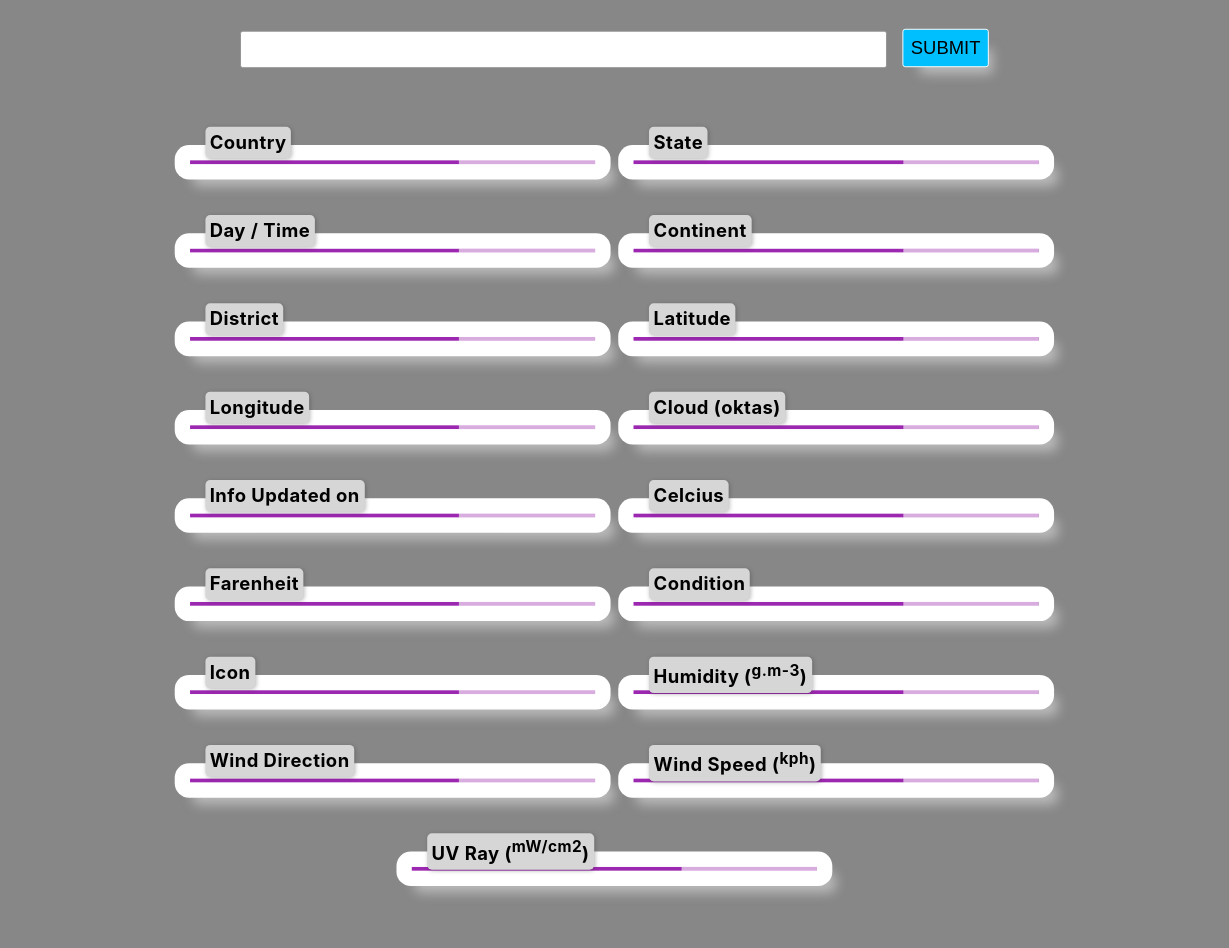
Repository: Imprasna/practising-API
Page: /
These files come from the project's save history. The page is drawn as it stood at one moment and after a run of saves; the edit follows.
The browser window is 1280 px wide. The pictures show the whole page, at 96% of full size.
The project was rebuilt for these pictures with package versions that can differ from the ones it lists, and the page was loaded fresh each time. Also part of the build but not shown: src/component/Country.js, src/component/Region.js, src/component/Time.js, src/component/Continent.js, src/component/District.js, src/component/Cloud.js, src/component/UpdatedWeather.js, src/component/Celcius.js and 9 more.

Above is the page before, as saved 2021-11-12 00:04:50.

### src/App.js
import './App.css';
import Get from './Get'

function App() {
  return (
    <div className="App">
      <Get />
    </div>
  );
}

export default App;

### src/Get.js
import React, { useState } from "react";
import axios from "axios";
// import moment from 'moment';
import Country from "./component/Country";
import Region from "./component/Region";
import Time from "./component/Time";
import Continent from "./component/Continent";
import District from "./component/District";
import Cloud from "./component/Cloud";
import UpdatedWeather from "./component/UpdatedWeather";
import Celcius from "./component/Celcius";
import Farenheit from "./component/Farenheit";
import Latitude from "./component/Latitude";
import Longitude from "./component/Longitude";
import Condition from "./component/Condition";
import Icon from "./component/Icon";
import Humidity from "./component/Humidity";
import WindDirection from "./component/WindDirection";
import WindSpeed from "./component/WindSpeed";
import Uv from "./component/Uv";
import "./component/style.css";
// import CircularProgress from '@mui/material/CircularProgress';
import LinearProgress from '@mui/material/LinearProgress';



const Get = () => {
	const [getPost, setGetPost] = useState([]);
	const [loading, setLoading] = useState(false);
	const [values, setValues] = useState({ cities: "" });

	React.useEffect =
		(() => {
			getData();

			const CName = () => {
				setGetPost(getPost);
			};
			CName();
		},
		[]);

		const getData = async () =>
		{
			const city = values.cities;
			try {
				const res = await axios.get(
					`http://api.weatherapi.com/v1/current.json?key=b572a200fc624a6a85671436211310&q=${city}&aqi=yes`
					);
				setTimeout(function ()
				{
					// console.log(res.data.current);
					// console.log(res.data.location);
					// setGetPost(res.data);
					(setGetPost(res.data))
					setLoading(true);
				}, 3000);

			console.log(getPost);
			// console.log(res.data.current);
			// setGetPost({res});
		} catch (err) {
			console.log(err);
		}
	};
	console.log(getPost);

	const onChangeHandler = (e) => {
		const name = e.target.name;
		const value = e.target.value;

		// here values is the state name
		let inputValues = values;
		inputValues[name] = value;
		setValues({ ...inputValues });
		setLoading(false);
	};

	return (
		<>
			<input
				className="search-box"
				type="text"
				value={values.cities}
				name="cities"
				onChange={(e) => onChangeHandler(e)}
			/>
			<button className="button" onClick={getData}>
				Submit
			</button>

			<div className="whole">
				<div className="Country">
					{loading ? (<Country CName={getPost} />) : (<LinearProgress  color="secondary"  />)}
					<h1>Country</h1>
				</div>

				<div className="region">
				{loading ? (<Region CName={getPost} />) : (<LinearProgress  color="secondary"  />) }
					<h1>State</h1>

				</div>

				<div className="time">
				{loading ? (<Time CName={getPost} />) : (<LinearProgress  color="secondary"  />) }
					<h1>Day / Time</h1>

				</div>

				<div className="continent">
				{loading ? (<Continent CName={getPost} />) : (<LinearProgress  color="secondary"  />) }
					<h1>Continent</h1>

				</div>

				<div className="district">
				{loading ? (<District CName={getPost} />) : (<LinearProgress  color="secondary"  />) }
					<h1>District</h1>

				</div>

				<div className="lat">
				{loading ? (<Latitude CName={getPost} />) : (<LinearProgress  color="secondary"  />) }
					<h1>Latitude</h1>

				</div>

				<div className="lon">
				{loading ? (<Longitude CName={getPost} />) : (<LinearProgress  color="secondary"  />) }
					<h1>Longitude</h1>

				</div>

				<div className="cloud">
				{loading ? (<Cloud CName={getPost} />) : (<LinearProgress  color="secondary"  />) }
					<h1>Cloud (oktas)</h1>

				</div>

				<div className="upt">
				{loading ? (<UpdatedWeather CName={getPost} />) : (<LinearProgress  color="secondary"  />) }
					<h1>Info Updated on</h1>

				</div>

				<div className="cel">
				{loading ? (<Celcius CName={getPost} />) : (<LinearProgress  color="secondary"  />) }
					<h1>Celcius</h1>

				</div>

				<div className="far">
				{loading ? (<Farenheit CName={getPost} />) : (<LinearProgress  color="secondary"  />) }
					<h1>Farenheit</h1>

				</div>

				<div className="cond">
				{loading ? (<Condition CName={getPost} />) : (<LinearProgress  color="secondary"  />) }
					<h1>Condition</h1>

				</div>

				<div className="icon">
				{loading ? (<Icon CName={getPost} />) : (<LinearProgress  color="secondary"  />) }
					<h1>Icon</h1>

				</div>

				<div className="hum">
				{loading ? (<Humidity CName={getPost} />) : (<LinearProgress  color="secondary"  />) }
					<h1>
						Humidity (<sup>g.m-3</sup>)
					</h1>

				</div>


				<div className="wd">
				{loading ? (<WindDirection CName={getPost} />) : (<LinearProgress  color="secondary"  />) }
					<h1>Wind Direction</h1>

				</div>

				<div className="ws">
				{loading ? (<WindSpeed CName={getPost} />) : (<LinearProgress  color="secondary"  />) }
					<h1>
						Wind Speed (<sup>kph</sup>)
					</h1>

				</div>

				<div className="uv">
				{loading ? (<Uv CName={getPost} />) : (<LinearProgress  color="secondary"  />) }
					<h1>
						UV Ray (<sup>mW/cm2</sup>)
					</h1>

				</div>
			</div>
		</>
	);
};

export default Get;

### src/component/style.css
body {
    background: #878787;
}

.whole {
    width: 100%;
    height: 100%;
    display: flex;
    justify-content: center;
    align-items: center;
    flex-wrap: wrap;
    gap: .5rem;
    margin-bottom: 4rem;
}

.search-box {
    width: 50%;
    padding: .5rem 1rem;
    border-radius: 3px;
    border: 1px solid #929292;
    outline: none;
    font-size: 1rem;
    line-height: 1.3em;
    margin: 0 auto;
    margin-bottom: 2rem;
    margin-top: 2rem;
    margin-right: 1rem;
    text-transform: uppercase;
}

.button {
    padding: .5rem;
    outline: none;
    border: 1px solid #fff;
    box-shadow: 11px 14px 12px -7px rgba(204,204,204,0.75);
    cursor: pointer;
    font-size: 1.2rem;
    text-transform: uppercase;
    border-radius: 3px;
    background: deepskyblue;
}

.Country {
    width: 33%;
    color: #000;
    padding: 1rem;
    border-radius: 15px;
    background-color: #fff;
    box-shadow: 11px 14px 12px -7px rgba(204,204,204,0.75);
    position: relative;
    font-size: 1.1rem;
    font-weight: 600;
    letter-spacing: .5px;
    margin-top: 3rem;
}

.Country > h1 {
    position: absolute;
    top: -2rem;
    left: 2rem;
    padding: .3rem;
    background-color: #d6d6d6;
    border-radius: 5px;
    font-size: 1.2rem;
    filter: drop-shadow(1px 1px 2px rgba(44, 44, 44, 0.342));
    color: #000;
}

.region {
    width: 33%;
    color: #000;
    padding: 1rem;
    border-radius: 15px;
    background-color: #fff;
    box-shadow: 11px 14px 12px -7px rgba(204,204,204,0.75);
    position: relative;
    font-size: 1.1rem;
    font-weight: 600;
    letter-spacing: .5px;
    margin-top: 3rem;
}

.region > h1 {
    position: absolute;
    top: -2rem;
    left: 2rem;
    padding: .3rem;
    background-color: #d6d6d6;
    border-radius: 5px;
    font-size: 1.2rem;
    filter: drop-shadow(1px 1px 2px rgba(44, 44, 44, 0.342));
    color: #000;
}

.time {
    width: 33%;
    color: #000;
    padding: 1rem;
    border-radius: 15px;
    background-color: #fff;
    box-shadow: 11px 14px 12px -7px rgba(204,204,204,0.75);
    position: relative;
    font-size: 1.1rem;
    font-weight: 600;
    letter-spacing: .5px;
    margin-top: 3rem;
}

.time > h1 {
    position: absolute;
    top: -2rem;
    left: 2rem;
    padding: .3rem;
    background-color: #d6d6d6;
    border-radius: 5px;
    font-size: 1.2rem;
    filter: drop-shadow(1px 1px 2px rgba(44, 44, 44, 0.342));
    color: #000;
}

.continent {
    width: 33%;
    color: #000;
    padding: 1rem;
    border-radius: 15px;
    background-color: #fff;
    box-shadow: 11px 14px 12px -7px rgba(204,204,204,0.75);
    position: relative;
    font-size: 1.1rem;
    font-weight: 600;
    letter-spacing: .5px;
    margin-top: 3rem;
}

.continent > h1 {
    position: absolute;
    top: -2rem;
    left: 2rem;
    padding: .3rem;
    background-color: #d6d6d6;
    border-radius: 5px;
    font-size: 1.2rem;
    filter: drop-shadow(1px 1px 2px rgba(44, 44, 44, 0.342));
    color: #000;
}

.district {
    width: 33%;
    color: #000;
    padding: 1rem;
    border-radius: 15px;
    background-color: #fff;
    box-shadow: 11px 14px 12px -7px rgba(204,204,204,0.75);
    position: relative;
    font-size: 1.1rem;
    font-weight: 600;
    letter-spacing: .5px;
    margin-top: 3rem;
}

.district > h1 {
    position: absolute;
    top: -2rem;
    left: 2rem;
    padding: .3rem;
    background-color: #d6d6d6;
    border-radius: 5px;
    font-size: 1.2rem;
    filter: drop-shadow(1px 1px 2px rgba(44, 44, 44, 0.342));
    color: #000;
}

.lat {
    width: 33%;
    color: #000;
    padding: 1rem;
    border-radius: 15px;
    background-color: #fff;
    box-shadow: 11px 14px 12px -7px rgba(204,204,204,0.75);
    position: relative;
    font-size: 1.1rem;
    font-weight: 600;
    letter-spacing: .5px;
    margin-top: 3rem;
}

.lat > h1 {
    position: absolute;
    top: -2rem;
    left: 2rem;
    padding: .3rem;
    background-color: #d6d6d6;
    border-radius: 5px;
    font-size: 1.2rem;
    filter: drop-shadow(1px 1px 2px rgba(44, 44, 44, 0.342));
    color: #000;
}

.lon {
    width: 33%;
    color: #000;
    padding: 1rem;
    border-radius: 15px;
    background-color: #fff;
    box-shadow: 11px 14px 12px -7px rgba(204,204,204,0.75);
    position: relative;
    font-size: 1.1rem;
    font-weight: 600;
    letter-spacing: .5px;
    margin-top: 3rem;
}

.lon > h1 {
    position: absolute;
    top: -2rem;
    left: 2rem;
    padding: .3rem;
    background-color: #d6d6d6;
    border-radius: 5px;
    font-size: 1.2rem;
    filter: drop-shadow(1px 1px 2px rgba(44, 44, 44, 0.342));
    color: #000;
}

.cloud {
    width: 33%;
    color: #000;
    padding: 1rem;
    border-radius: 15px;
    background-color: #fff;
    box-shadow: 11px 14px 12px -7px rgba(204,204,204,0.75);
    position: relative;
    font-size: 1.1rem;
    font-weight: 600;
    letter-spacing: .5px;
    margin-top: 3rem;
}

.cloud > h1 {
    position: absolute;
    top: -2rem;
    left: 2rem;
    padding: .3rem;
    background-color: #d6d6d6;
    border-radius: 5px;
    font-size: 1.2rem;
    filter: drop-shadow(1px 1px 2px rgba(44, 44, 44, 0.342));
    color: #000;
}

.upt {
    width: 33%;
    color: #000;
    padding: 1rem;
    border-radius: 15px;
    background-color: #fff;
    box-shadow: 11px 14px 12px -7px rgba(204,204,204,0.75);
    position: relative;
    font-size: 1.1rem;
    font-weight: 600;
    letter-spacing: .5px;
    margin-top: 3rem;
}

.upt > h1 {
    position: absolute;
    top: -2rem;
    left: 2rem;
    padding: .3rem;
    background-color: #d6d6d6;
    border-radius: 5px;
    font-size: 1.2rem;
    filter: drop-shadow(1px 1px 2px rgba(44, 44, 44, 0.342));
    color: #000;
}

.cel {
    width: 33%;
    color: #000;
    padding: 1rem;
    border-radius: 15px;
    background-color: #fff;
    box-shadow: 11px 14px 12px -7px rgba(204,204,204,0.75);
    position: relative;
    font-size: 1.1rem;
    font-weight: 600;
    letter-spacing: .5px;
    margin-top: 3rem;
}

.cel > h1 {
    position: absolute;
    top: -2rem;
    left: 2rem;
    padding: .3rem;
    background-color: #d6d6d6;
    border-radius: 5px;
    font-size: 1.2rem;
    filter: drop-shadow(1px 1px 2px rgba(44, 44, 44, 0.342));
    color: #000;
}

.far {
    width: 33%;
    color: #000;
    padding: 1rem;
    border-radius: 15px;
    background-color: #fff;
    box-shadow: 11px 14px 12px -7px rgba(204,204,204,0.75);
    position: relative;
    font-size: 1.1rem;
    font-weight: 600;
    letter-spacing: .5px;
    margin-top: 3rem;
}

.far > h1 {
    position: absolute;
    top: -2rem;
    left: 2rem;
    padding: .3rem;
    background-color: #d6d6d6;
    border-radius: 5px;
    font-size: 1.2rem;
    filter: drop-shadow(1px 1px 2px rgba(44, 44, 44, 0.342));
    color: #000;
}

.cond {
    width: 33%;
    color: #000;
    padding: 1rem;
    border-radius: 15px;
    background-color: #fff;
    box-shadow: 11px 14px 12px -7px rgba(204,204,204,0.75);
    position: relative;
    font-size: 1.1rem;
    font-weight: 600;
    letter-spacing: .5px;
    margin-top: 3rem;
}

.cond > h1 {
    position: absolute;
    top: -2rem;
    left: 2rem;
    padding: .3rem;
    background-color: #d6d6d6;
    border-radius: 5px;
    font-size: 1.2rem;
    filter: drop-shadow(1px 1px 2px rgba(44, 44, 44, 0.342));
    color: #000;
}


.icon {
    width: 33%;
    color: #000;
    padding: 1rem;
    border-radius: 15px;
    background-color: #fff;
    box-shadow: 11px 14px 12px -7px rgba(204,204,204,0.75);
    position: relative;
    font-size: 1.1rem;
    font-weight: 600;
    letter-spacing: .5px;
    margin-top: 3rem;
}

.icon > h1 {
    position: absolute;
    top: -2rem;
    left: 2rem;
    padding: .3rem;
    background-color: #d6d6d6;
    border-radius: 5px;
    font-size: 1.2rem;
    filter: drop-shadow(1px 1px 2px rgba(44, 44, 44, 0.342));
    color: #000;
}

.hum {
    width: 33%;
    color: #fff;
    padding: 1rem;
    border-radius: 15px;
    background-color: #fff;
    box-shadow: 11px 14px 12px -7px rgba(204,204,204,0.75);
    position: relative;
    font-size: 1.1rem;
    font-weight: 600;
    letter-spacing: .5px;
    margin-top: 3rem;
}

.hum > h1 {
    position: absolute;
    top: -2rem;
    left: 2rem;
    padding: .3rem;
    background-color: #d6d6d6;
    border-radius: 5px;
    font-size: 1.2rem;
    filter: drop-shadow(1px 1px 2px rgba(44, 44, 44, 0.342));
    color: #000;
}

.wd {
    width: 33%;
    color: #fff;
    padding: 1rem;
    border-radius: 15px;
    background-color: #fff;
    box-shadow: 11px 14px 12px -7px rgba(204,204,204,0.75);
    position: relative;
    font-size: 1.1rem;
    font-weight: 600;
    letter-spacing: .5px;
    margin-top: 3rem;
}

.wd > h1 {
    position: absolute;
    top: -2rem;
    left: 2rem;
    padding: .3rem;
    background-color: #d6d6d6;
    border-radius: 5px;
    font-size: 1.2rem;
    filter: drop-shadow(1px 1px 2px rgba(44, 44, 44, 0.342));
    color: #000;
}

.ws {
    width: 33%;
    color: #fff;
    padding: 1rem;
    border-radius: 15px;
    background-color: #fff;
    box-shadow: 11px 14px 12px -7px rgba(204,204,204,0.75);
    position: relative;
    font-size: 1.1rem;
    font-weight: 600;
    letter-spacing: .5px;
    margin-top: 3rem;
}

.ws > h1 {
    position: absolute;
    top: -2rem;
    left: 2rem;
    padding: .3rem;
    background-color: #d6d6d6;
    border-radius: 5px;
    font-size: 1.2rem;
    filter: drop-shadow(1px 1px 2px rgba(44, 44, 44, 0.342));
    color: #000;
}

.uv {
    width: 33%;
    color: #fff;
    padding: 1rem;
    border-radius: 15px;
    background-color: #fff;
    box-shadow: 11px 14px 12px -7px rgba(204,204,204,0.75);
    position: relative;
    font-size: 1.1rem;
    font-weight: 600;
    letter-spacing: .5px;
    margin-top: 3rem;
}

.uv > h1 {
    position: absolute;
    top: -2rem;
    left: 2rem;
    padding: .3rem;
    background-color: #d6d6d6;
    border-radius: 5px;
    font-size: 1.2rem;
    filter: drop-shadow(1px 1px 2px rgba(44, 44, 44, 0.342));
    color: #000;
}

Loaded but not shown: public/index.html (common file); src/index.js (common file); src/index.css (common file); src/App.css (common file)

After the next 2 saves:
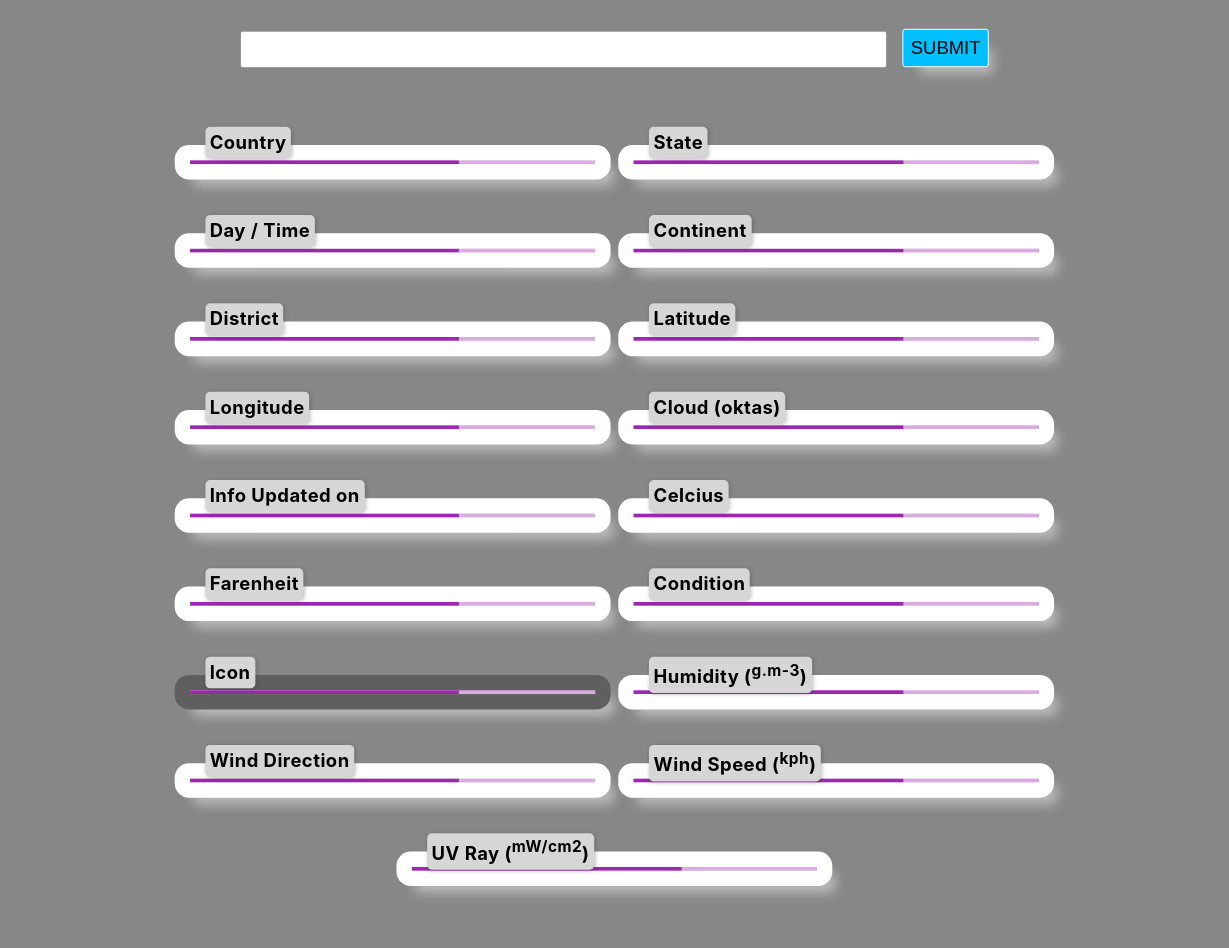
The 2 saves are shown as one change because they came seconds apart.
The last was saved 17 s later.
--- a/src/component/style.css
+++ b/src/component/style.css
@@ -358,7 +358,7 @@ body {
     color: #000;
     padding: 1rem;
     border-radius: 15px;
-    background-color: #fff;
+    background-color: #5f5f5f;
     box-shadow: 11px 14px 12px -7px rgba(204,204,204,0.75);
     position: relative;
     font-size: 1.1rem;
